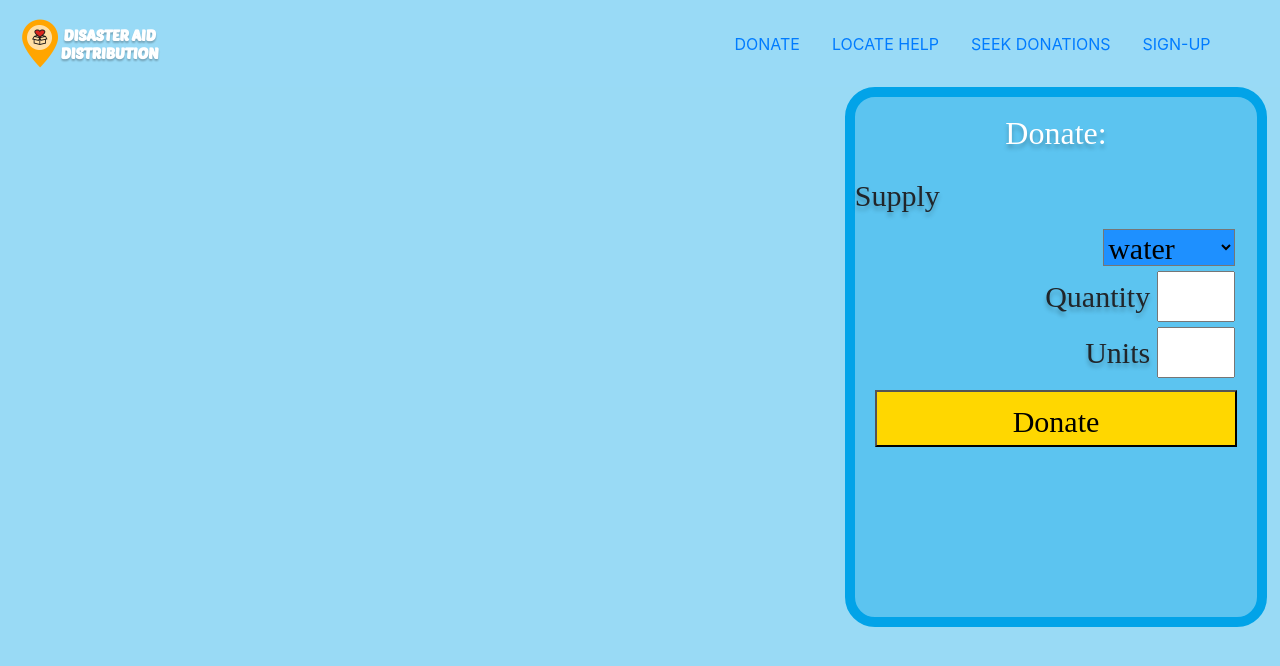
Repository: uprm-inso-4115-2019-2020-S2/semester-project-inso4115-DisasterAid-backend
Page: /donate-modal (app in disaster-aid/)
An editor plug-in stored every save of this project. The page is shown before and after the next save, followed by the edit.
The browser window is 1280 px wide. The pictures show the whole page.
The project was rebuilt for these pictures with package versions that can differ from the ones it lists, and the page was loaded fresh each time. Also part of the build but not shown: disaster-aid/angular.json, disaster-aid/src/app/login/login.component.ts, disaster-aid/src/app/register/register.component.ts, disaster-aid/src/app/home/home.component.ts, disaster-aid/src/app/landing-page/landing-page.component.ts, disaster-aid/src/app/donations/donations.component.ts, disaster-aid/src/app/donations.service.ts.

Above is the page before, as saved 2020-05-09 02:08:39.

### disaster-aid/src/index.html
<!doctype html>
<html lang="en">
<head>
  <meta charset="utf-8">
  <title>DisasterAid</title>
  <base href="/">
  <meta name="viewport" content="width=device-width, initial-scale=1">
  <link rel="icon" type="image/x-icon" href="favicon.ico">
</head>
<body>
  <app-root></app-root>
</body>
</html>

### disaster-aid/src/styles.css
/* You can add global styles to this file, and also import other style files */

html { background-color:rgba(2, 163, 232, 0.4); }

### disaster-aid/src/app/app.module.ts
import { BrowserModule } from '@angular/platform-browser';
import { NgModule } from '@angular/core';
import { FormsModule, ReactiveFormsModule } from '@angular/forms';



import { AppRoutingModule } from './app-routing.module';
import { AppComponent } from './app.component';
import { RegisterComponent } from './register/register.component';
import { LoginComponent } from './login/login.component';
import { HttpClientModule } from '@angular/common/http';
import { HomeComponent } from './home/home.component'
import { UserApiService } from './userapi.service';
import { LandingPageComponent } from './landing-page/landing-page.component';
import { DonationsComponent } from './donations/donations.component';
import { DonateModalComponent } from './donate-modal/donate-modal.component';


@NgModule({
  declarations: [
    AppComponent,
    RegisterComponent,
    LoginComponent,
    HomeComponent,
    LandingPageComponent,
    DonationsComponent,
    DonateModalComponent,
  ],
  imports: [
    BrowserModule,
    AppRoutingModule,
    FormsModule,
    ReactiveFormsModule,
    HttpClientModule
  ],
  providers: [UserApiService],
  bootstrap: [AppComponent]
})
export class AppModule { }

### disaster-aid/src/app/app-routing.module.ts
import { NgModule } from '@angular/core';
import { Routes, RouterModule } from '@angular/router';
import {LoginComponent} from './login/login.component';
import { RegisterComponent } from './register/register.component';
import { HomeComponent } from './home/home.component';
import { LandingPageComponent } from './landing-page/landing-page.component';
import { DonationsComponent } from './donations/donations.component';
import { DonateModalComponent} from './donate-modal/donate-modal.component';


const routes: Routes = [
  { path: '', redirectTo: '/landing_page', pathMatch: 'full'}, //Make home the default landing page
  { path: 'register', component: RegisterComponent},
  { path: 'login', component: LoginComponent },
  { path: 'home', component: HomeComponent},
  { path: 'landing_page', component: LandingPageComponent },
  { path: 'my-donations', component: DonationsComponent },
  { path: 'donate-modal', component: DonateModalComponent},

];

@NgModule({
  imports: [RouterModule.forRoot(routes)],
  exports: [RouterModule]
})
export class AppRoutingModule { }

### disaster-aid/src/app/app.component.ts
import { Component } from '@angular/core';

@Component({
  selector: 'app-root',
  templateUrl: './app.component.html',
  styleUrls: ['./app.component.css']
})
export class AppComponent {
  title = 'disaster-aid';
}

### disaster-aid/src/app/userapi.service.ts
import { Injectable } from '@angular/core';
import { HttpClient, HttpErrorResponse, HttpHeaders } from '@angular/common/http';
import { User } from './user';
import { Observable, throwError } from 'rxjs';
import { catchError } from 'rxjs/operators';


@Injectable({
  providedIn: 'root'
})
export class UserApiService {

  constructor(private httpClient:HttpClient) { }

  private _handleError(error: HttpErrorResponse | any) {
    let data = {};
                data = {
                    reason: error && error.error.reason ? error.error.reason : '',
                    status: error.status
                };
                console.error(data);
                return throwError(error);
  }

    public server:String = " http://localhost:5000/";

   public getUsers() : Observable<User[]> {
     return this.httpClient
     .get<User[]>(this.server + "DAD/users")
     .pipe(catchError (this._handleError));
   }

   public getUser(userID : String): Observable<User> {
    return this.httpClient
    .get<User>(this.server + `DAD/users/${userID}`)
    .pipe(catchError (this._handleError));
  }

  public createUser(user: User): Observable<any> {

    const httpOptions = {
      headers: new HttpHeaders ({
        'Content-Type':'application/json',
        'Accept': 'application/json'
      })
    };
    return this.httpClient
    .post(this.server + "DAD/users", user, httpOptions)
    .pipe(catchError (this._handleError));;
  }


}

### disaster-aid/src/app/donate-modal/donate-modal.component.ts
import { Component, OnInit } from '@angular/core';

@Component({
  selector: 'app-donate-modal',
  templateUrl: './donate-modal.component.html',
  styleUrls: ['./donate-modal.component.css']
})
export class DonateModalComponent implements OnInit {

  constructor() { }

  ngOnInit(): void {
  }

}

### disaster-aid/src/app/donate-modal/donate-modal.component.html
<nav class="navbar navbar-light" style="background-color: rgba(2, 163, 232, 0.4);">
    <a class="navbar-brand mr-1" href="#"><img src="/assets/DAD_logo.png" style="width: 50%;"></a>
    <ul class="nav navbar-justified navbar-right ml-auto" style="margin-right: 3%;">
        <li class="nav-item">
            <a class="nav-link menuItem" routerLink="/my-donations"  >DONATE</a>
        </li>
        <li class="nav-item">
            <a class="nav-link menuItem"  href="#">LOCATE HELP</a>
        </li>
        <li class="nav-item">
            <a class="nav-link menuItem" href="#">SEEK DONATIONS</a>
        </li>
        <li class="nav-item">
            <a class="nav-link menuItem"  routerLink="/register" routerLinkActive="active">SIGN-UP</a>
        </li>
    </ul>
</nav>

<div class="donateBox">
    <p style="font-size: xx-large; text-align: center; padding-top: 3%; color: white;">Donate:</p>
    <!-- <form [formGroup]="loginForm" (ngSubmit)="onSubmit(loginForm.value)"> -->
        <div style="text-align: right; padding-right: 22px;">
            <div>
                <label for="Supply" style=" width:100%;
                text-align:left;">Supply</label>
                <select id="supply" name="supply" class="select">
                    <option value="water">water</option>
                    <option value="food">food</option>
                    <option value="medicine">medicine</option>
                    <option value="clothing">clothing</option>

                </select>
            </div>
            <div>
                <label for="quantity" style="padding-right: 7px;">Quantity</label>
                <input type="number" id="quantity" name="quantity" min="1" max="5">
            </div>
            <div>
                <label for="units" style="padding-right: 7px;">Units</label>
                <input type="number" id="quantity" name="quantity" min="1" max="5">
            </div>
        </div>

        <div style="text-align: center;  padding-top: 7px;">
            <button class="donateButton" type="submit">Donate</button>
        </div>
    <!-- </form> -->

    <!-- <div style="text-align: center; padding-top: 5px; font-size: large;">
        <label style="color: white; padding-right: 5px;">Don't have an account?</label>
        <a routerLink="/register" routerLinkActive="active" style="color:#FFBC40 ;">Sign up</a>
    </div> -->

</div>

### disaster-aid/src/app/donate-modal/donate-modal.component.css
.donateBox {
    position: absolute;
    width: 33%;
    height: 75%;
    left: 66%;
    /* right: 10%;
    top: 10%; */

    background: rgba(2, 163, 232, 0.4);
    border: 10px solid #02A3E8;
    border-radius: 30px;
    font-family: 'Fredoka One', cursive;
    font-family: 'Gochi Hand', cursive;
    text-shadow: 0px 4px 4px rgba(0, 0, 0, 0.25);
    font-size: 30px;
}


.donateButton{
    text-align: center;
    padding-top: 7px;
    background: gold;
    width: 90%;
    /* font-size:30px */
}

.select{
    background-color: dodgerblue;
    /* display: none; */
    position: relative;
    font-family: 'Gochi Hand', cursive;
}

Loaded but not shown: disaster-aid/src/main.ts (common file); disaster-aid/src/environments/environment.ts (common file); disaster-aid/src/app/app.component.html (common file); disaster-aid/src/app/app.component.css (no stored copy; drawn as an empty file)

After the next save:
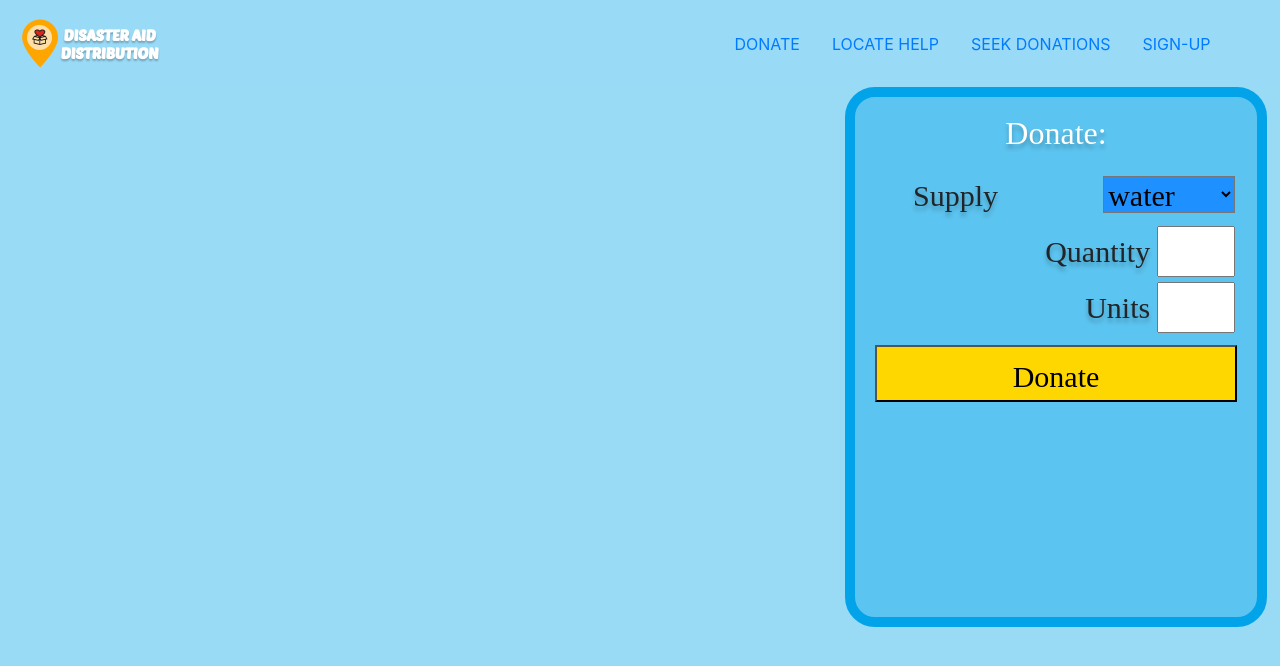
Saved 2 min 6 s later.
--- a/disaster-aid/src/app/donate-modal/donate-modal.component.html
+++ b/disaster-aid/src/app/donate-modal/donate-modal.component.html
@@ -21,8 +21,7 @@
     <!-- <form [formGroup]="loginForm" (ngSubmit)="onSubmit(loginForm.value)"> -->
         <div style="text-align: right; padding-right: 22px;">
             <div>
-                <label for="Supply" style=" width:100%;
-                text-align:left;">Supply</label>
+                <label for="Supply" style=" width:50%; text-align:left;">Supply</label>
                 <select id="supply" name="supply" class="select">
                     <option value="water">water</option>
                     <option value="food">food</option>
